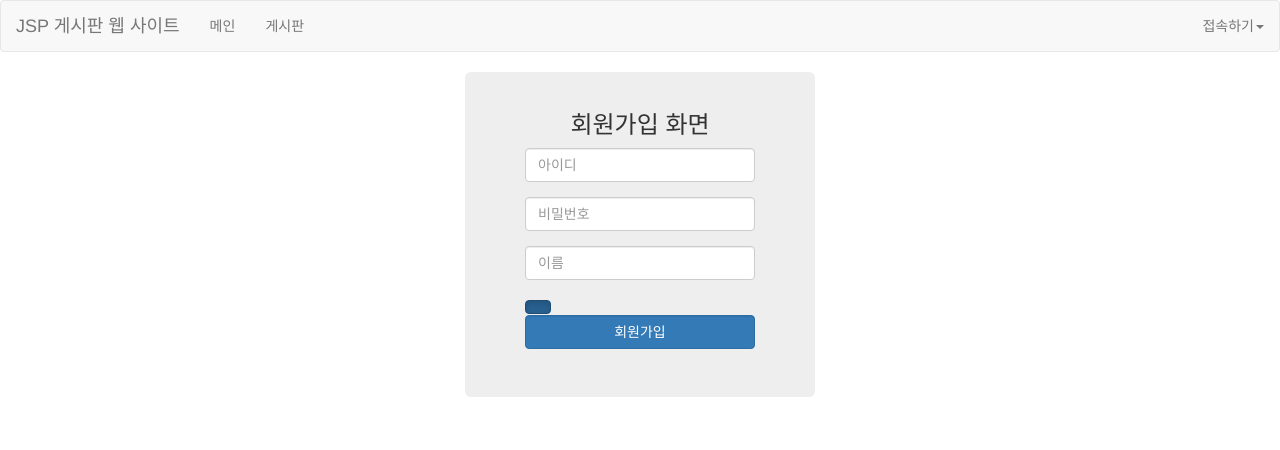
Repository: jk4g2/JSP_BBS
Page: http://localhost/BBS/join.jsp
The author's editor kept a copy of each file at every save. The page is drawn from the files as they stood at one save, then again after the next save.
The browser window is 1280 px wide. The pictures show the whole page.
Some web libraries are served in a nearby version. The page is served by Tomcat 9.

Above is the page before, as saved 2020-03-15 21:39:07.

After the next save:
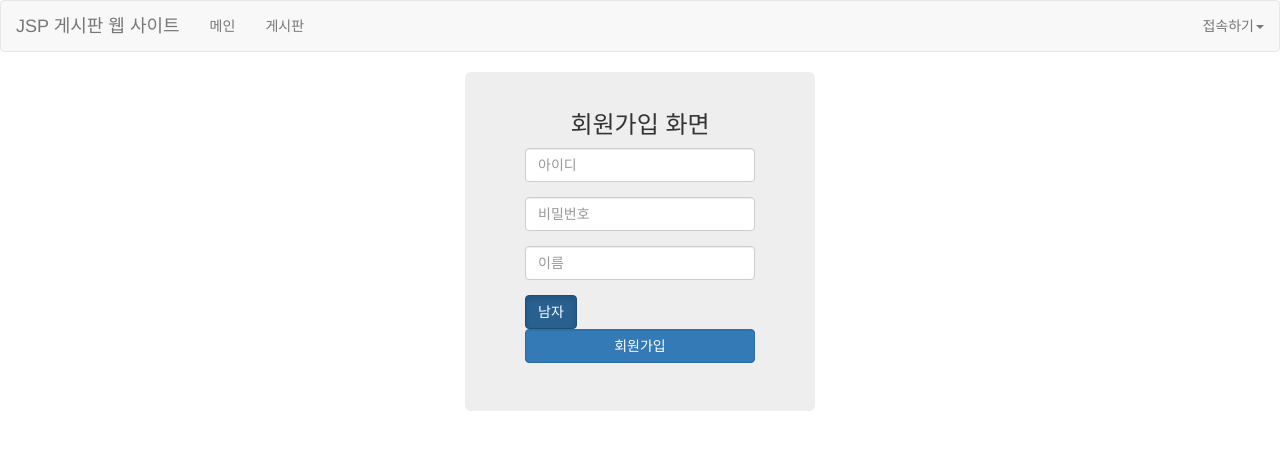
Saved 44 s later.
--- a/BBS/WebContent/join.jsp
+++ b/BBS/WebContent/join.jsp
@@ -56,7 +56,7 @@
 					</div>
 					<div class="btn-group" data-toggle="buttons">
 						<label class="btn btn-primary active">
-							<input type="radio" name="userGender" autocomplete="off" value="남자" checked>
+							<input type="radio" name="userGender" autocomplete="off" value="남자" checked>남자
 						</label>
 					</div>
 					<input type ="submit" class="btn btn-primary form-control" value="회원가입">
